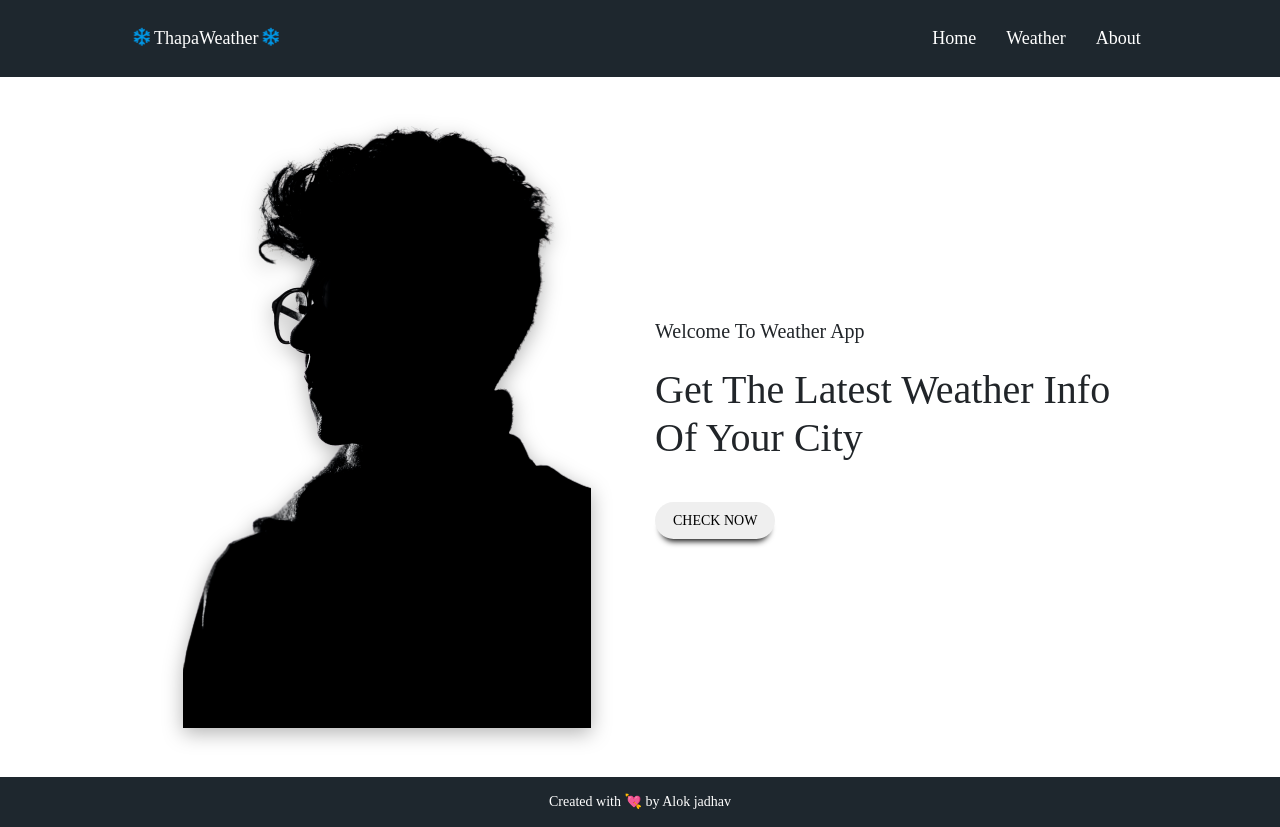
Repository: AalokJadhav/Weather_App
Page: public/about.html
These files come from the project's save history. The page is drawn as it stood at one moment and after the next save; the edit follows.
The browser window is 1280 px wide. The pictures show the whole page.
Some web fonts or font styles are not loaded; a fallback is used. Some web libraries are served in a nearby version.

Above is the page before, as saved 2020-11-15 16:11:38.

After the next save:
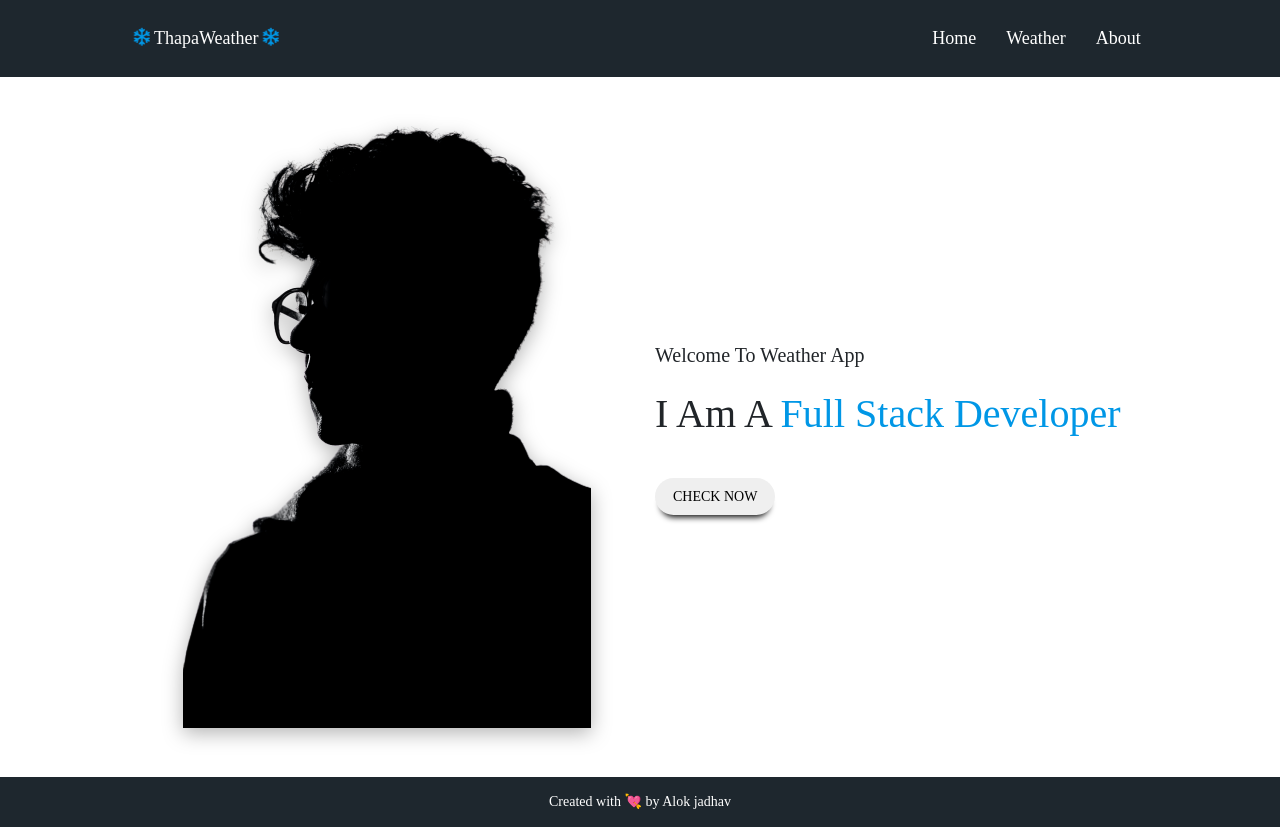
Saved 64 s later.
--- a/public/about.html
+++ b/public/about.html
@@ -72,8 +72,8 @@
 
                     <div class="col-md-6 col-12 main_header_left">
                         <p> Welcome To Weather App</p>
-                        <h1>Get the latest <span>Weather</span> info of your City</h1>
-                        <a href="/weather"><button>Check Now</button></a>
+                        <h1>I am a <span class="txt_clr">Full Stack Developer</span></h1> <a
+                            href="/weather"><button>Check Now</button></a>
                     </div>
                     <!-- right Side Div -->
 
